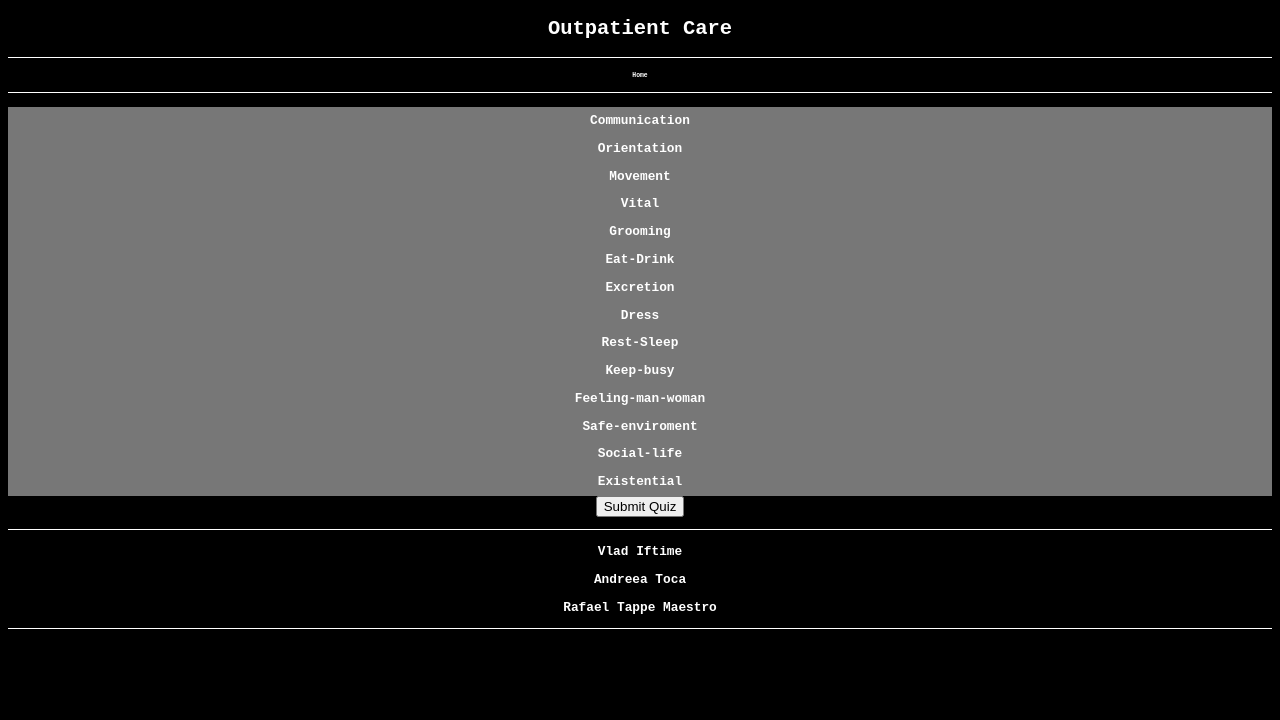
Repository: VladIftime/KnowledgeTechnology2019
Page: src/front/index.html
The author's editor kept a copy of each file at every save. The page is drawn from the files as they stood at one save, then again after a run of saves.
The browser window is 1280 px wide. The pictures show the whole page.

Above is the page before, as saved 2020-01-11 20:21:56.

After the next 3 saves:
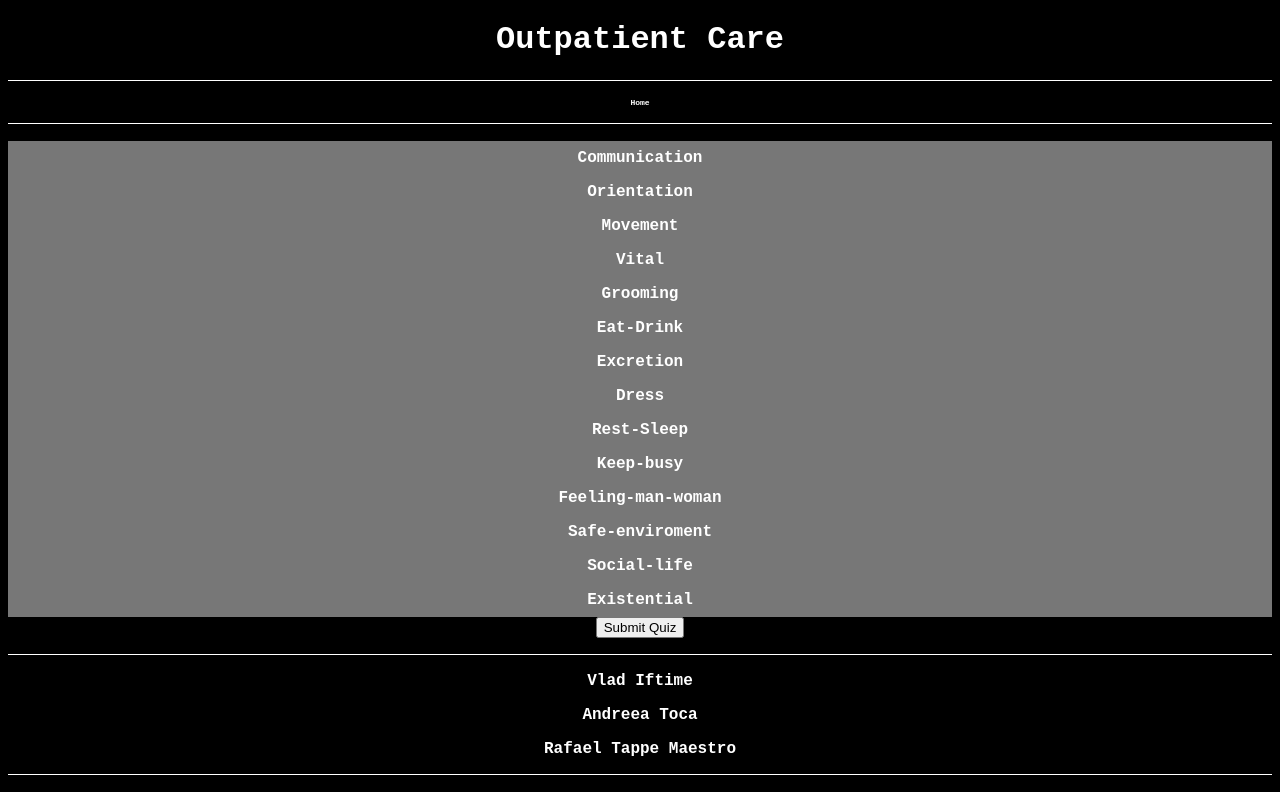
The 3 saves are shown as one change because they came seconds apart.
The last was saved 9 s later.
--- a/src/front/style.css
+++ b/src/front/style.css
@@ -4,16 +4,16 @@ html {
     background-color:  black;
 }
 
-.brokenLine {font-size: 80%;}
+.brokenLine {font-size: 100%;}
 .oneLine {display: none;}
 
 @media screen and (min-width: 5cm) {
     .brokenLine {display: none;}
-    .oneLine {font-size: 80%; display: block}
+    .oneLine {font-size: 100%; display: block}
 }
 
 body {
-    font-size: 80%;
+    font-size: 100%;
     text-align: center;
 }
 
